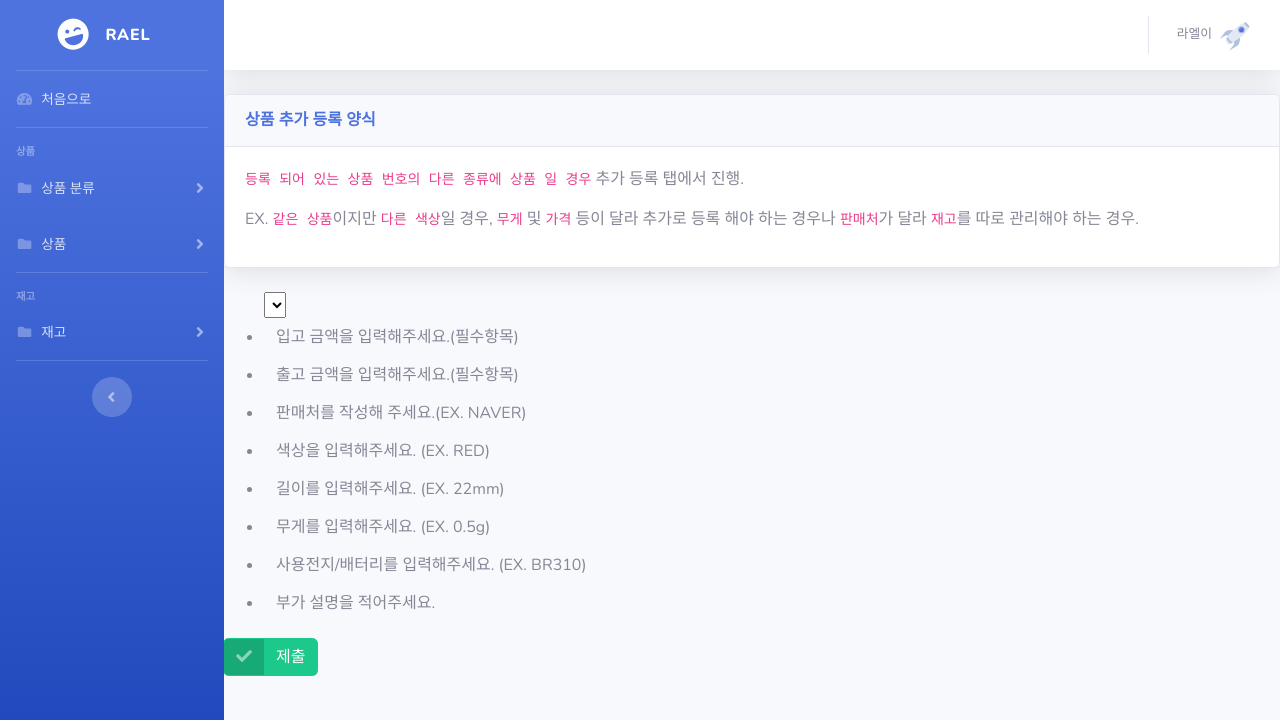
Repository: sww232/springRaelProject
Page: http://localhost/rael/WEB-INF/views/product/product_insert_detail.jsp
An editor plug-in stored every save of this project. The page is shown before and after the next save, followed by the edit.
The browser window is 1280 px wide. The pictures show the whole page.
The page is served by Tomcat 9. Nobody is signed in. Other server files are loaded and not shown. The template is opened directly, without the code that normally fills it, so the values that code supplies are empty.

Above is the page before, as saved 2022-10-06 23:20:38.

### raelproject3/rael/src/main/webapp/WEB-INF/views/product/product_insert_detail.jsp
<%@ page language="java" contentType="text/html; charset=UTF-8" pageEncoding="UTF-8"%>
<%@ taglib uri="http://java.sun.com/jsp/jstl/core" prefix="c" %>
<%@ taglib prefix="sql" uri="http://java.sun.com/jsp/jstl/sql" %>
<%@ taglib prefix="fmt" uri="http://java.sun.com/jsp/jstl/fmt" %>
<!DOCTYPE html>
<html>
<head>
	    <meta name="viewport" content="width=device-width, initial-scale=1, shrink-to-fit=no">
	    <meta name="description" content="">
	    <meta name="author" content="">
	    <meta charset="UTF-8">
			<title>메인</title>

		<link href="/vendor/fontawesome-free/css/all.min.css" rel="stylesheet" type="text/css">
	    <link
	        href="https://fonts.googleapis.com/css?family=Nunito:200,200i,300,300i,400,400i,600,600i,700,700i,800,800i,900,900i"
	        rel="stylesheet">

	    <!-- Custom styles for this template -->
	    <link href="/css/sb-admin-2.min.css" rel="stylesheet">
	    <script src="/vendor/jquery/jquery.min.js"></script>
	    <script src="/vendor/bootstrap/js/bootstrap.bundle.min.js"></script>

	    <!-- Core plugin JavaScript-->
	    <script src="/vendor/jquery-easing/jquery.easing.min.js"></script>

	    <!-- Custom scripts for all pages-->
	    <script src="/js/sb-admin-2.min.js"></script>

	    <!-- Page level plugins -->
	    <script src="/vendor/datatables/jquery.dataTables.min.js"></script>
	    <script src="/vendor/datatables/dataTables.bootstrap4.min.js"></script>

	    <!-- Page level custom scripts -->
	    <script src="/js/demo/datatables-demo.js"></script>

	    <!-- Custom styles for this page -->
	    <link href="/vendor/datatables/dataTables.bootstrap4.min.css" rel="stylesheet">

	</head>
	<body id="page-top">
	<form>
		<div class="modal fade" id="moaModal1" tabindex="-1" role="dialog" aria-labelledby="exampleModalLabel" aria-hidden="true">

			<div class="modal-dialog" role="document">
				<div class="modal-content">
					<div class="modal-header">
						<h5 class="modal-title" id="exampleModalLabel">상품 등록을 위한 카테고리 선택</h5>
						<button class="close" type="button" data-dismiss="modal" aria-label="Close">
							<span aria-hidden="true">x</span>
						</button>
						</div>
						<div class="modal-body">
							<select name="categoryBox1" id="categoryBox1">
								<option value="defaultValue" selected></option>
								<c:forEach var="list" items="${categorynums}">
									<option value="${list}">
										${list}
									</option>
								</c:forEach>
							</select>
						</div>
					<div class="modal-footer">
						<button class="btn btn-primary" type="button" data-dismiss="modal">Cancel</button>
						<button class="btn btn-primary" type="submit" formaction="/product/product_insert">Choice</button>
					</div>
				</div>
			</div>
		</div>
		<div class="modal fade" id="moaModal2" tabindex="-1" role="dialog" aria-labelledby="exampleModalLabel" aria-hidden="true">

			<div class="modal-dialog" role="document">
				<div class="modal-content">
					<div class="modal-header">
						<h5 class="modal-title" id="exampleModalLabel">상품 추가 등록을 위한 카테고리 선택</h5>
						<button class="close" type="button" data-dismiss="modal" aria-label="Close">
							<span aria-hidden="true">x</span>
						</button>
						</div>
						<div class="modal-body">
							<select name="categoryBox2" id="categoryBox2">
								<option value="defaultValue" selected></option>
								<c:forEach var="list" items="${categorynums}">
									<option value="${list}">
										${list}
									</option>
								</c:forEach>
							</select>
						</div>
					<div class="modal-footer">
						<button class="btn btn-primary" type="button" data-dismiss="modal">Cancel</button>
						<button class="btn btn-primary" type="submit" formaction="/product/product_insert_detail">Choice</button>
					</div>
				</div>
			</div>
		</div>
		<div class="modal fade" id="moaModal3" tabindex="-1" role="dialog" aria-labelledby="exampleModalLabel" aria-hidden="true">

			<div class="modal-dialog" role="document">
				<div class="modal-content">
					<div class="modal-header">
						<h5 class="modal-title" id="exampleModalLabel">상품명/상세정보 수정을 위한 카테고리 선택</h5>
						<button class="close" type="button" data-dismiss="modal" aria-label="Close">
							<span aria-hidden="true">x</span>
						</button>
						</div>
						<div class="modal-body">
							<select name="categoryBox3" id="categoryBox3">
								<option value="defaultValue" selected></option>
								<c:forEach var="list" items="${categorynums}">
									<option value="${list}">
										${list}
									</option>
								</c:forEach>
							</select>
						</div>
					<div class="modal-footer">
						<button class="btn btn-primary" type="button" data-dismiss="modal">Cancel</button>
						<button class="btn btn-primary" type="submit" formaction="/product/product_update">Choice</button>
					</div>
				</div>
			</div>
		</div>
	</form>
	<div id="wrapper">
		 <ul class="navbar-nav bg-gradient-primary sidebar sidebar-dark accordion" id="accordionSidebar">

            <!-- Sidebar - Brand -->
            <a class="sidebar-brand d-flex align-items-center justify-content-center" href="/">
                <div class="sidebar-brand-icon rotate-n-15">
                    <i class="fas fa-laugh-wink"></i>
                </div>
                <div class="sidebar-brand-text mx-3">RAEL</div>
            </a>

            <!-- Divider -->
            <hr class="sidebar-divider my-0">

            <!-- Nav Item - Dashboard -->
            <li class="nav-item">
                <a class="nav-link" href="/">
                    <i class="fas fa-fw fa-tachometer-alt"></i>
                    <span>처음으로</span></a>
            </li>

            <!-- Divider -->
            <hr class="sidebar-divider">

            <!-- Heading -->
            <div class="sidebar-heading">
                상품
            </div>

            <!-- Nav Item - Pages Collapse Menu -->
            <li class="nav-item">
                <a class="nav-link collapsed" href="#" data-toggle="collapse" data-target="#collapseTwo"
                    aria-expanded="true" aria-controls="collapseTwo">
                    <i class="fas fa-fw fa-folder"></i>
                    <span>상품 분류</span>
                </a>
                <div id="collapseTwo" class="collapse" aria-labelledby="headingTwo" data-parent="#accordionSidebar">
                    <div class="bg-white py-2 collapse-inner rounded">
                        <h6 class="collapse-header">상풍 분류 탭</h6>
                        <a class="collapse-item" href="/product/category_select?page=1&recordSize=10&pageSize=10">상품 분류 조회</a>
                        <a class="collapse-item" href="/product/category_insert?insertresult=0">상품 분류 등록</a>
                        <a class="collapse-item" href="/product/category_update">상품 분류 수정</a>
                    </div>
                </div>
            </li>

            <!-- Nav Item - Utilities Collapse Menu -->
            <li class="nav-item">
                <a class="nav-link collapsed" href="#" data-toggle="collapse" data-target="#collapseUtilities"
                    aria-expanded="true" aria-controls="collapseUtilities">
                    <i class="fas fa-fw fa-folder"></i>
                    <span>상품</span>
                </a>
                <div id="collapseUtilities" class="collapse" aria-labelledby="headingUtilities"
                    data-parent="#accordionSidebar">
                    <div class="bg-white py-2 collapse-inner rounded">
                        <h6 class="collapse-header">상품 탭</h6>
                        <a class="collapse-item" href="/product/all_select?page=1&recordSize=10&pageSize=10">상품 조회</a>
                        <a class="collapse-item" href="#" data-toggle="modal" data-target="#moaModal1">
							<i class="fas fa-arrow-right"></i>상품 등록
						</a>
						<a class="collapse-item" href="#" data-toggle="modal" data-target="#moaModal2">
							<i class="fas fa-arrow-right"></i>상품 추가 등록
						</a>
						<a class="collapse-item" href="#" data-toggle="modal" data-target="#moaModal3">
							<i class="fas fa-arrow-right"></i>상품명/상세정보 수정
						</a>
                    </div>
                </div>
            </li>

            <!-- Divider -->
            <hr class="sidebar-divider">

            <!-- Heading -->
            <div class="sidebar-heading">
                재고
            </div>

            <!-- Nav Item - Pages Collapse Menu -->
            <li class="nav-item">
                <a class="nav-link collapsed" href="#" data-toggle="collapse" data-target="#collapsePages"
                    aria-expanded="true" aria-controls="collapsePages">
                    <i class="fas fa-fw fa-folder"></i>
                    <span>재고</span>
                </a>
                <div id="collapsePages" class="collapse" aria-labelledby="headingPages" data-parent="#accordionSidebar">
                    <div class="bg-white py-2 collapse-inner rounded">
                        <h6 class="collapse-header">재고</h6>
                        <a class="collapse-item" href="/stock/stock_select?page=1&recordSize=10&pageSize=10">재고 조회 및 입/출고</a>
                        <div class="collapse-divider"></div>
                        <h6 class="collapse-header">재고 입/출고</h6>
                        <a class="collapse-item" href="/stock/stock_history?page=1&recordSize=10&pageSize=10">내역</a>
                        <a class="collapse-item" href="/stock/stock_history_cancel?page=1&recordSize=10&pageSize=10">취소</a>
                    </div>
                </div>
            </li>

            <!-- Divider -->
            <hr class="sidebar-divider d-none d-md-block">

            <!-- Sidebar Toggler (Sidebar) -->
            <div class="text-center d-none d-md-inline">
                <button class="rounded-circle border-0" id="sidebarToggle"></button>
            </div>

        </ul>

        <!-- End of Sidebar -->

        <!-- Content Wrapper -->
        <div id="content-wrapper" class="d-flex flex-column">

            <!-- Main Content -->
            <div id="content">

                <!-- Topbar -->
                <nav class="navbar navbar-expand navbar-light bg-white topbar mb-4 static-top shadow">

                    <!-- Sidebar Toggle (Topbar) -->
                    <form class="form-inline">
                        <button id="sidebarToggleTop" class="btn btn-link d-md-none rounded-circle mr-3">
                            <i class="fa fa-bars"></i>
                        </button>
                    </form>

                    <!-- Topbar Search
                    <form
                        class="d-none d-sm-inline-block form-inline mr-auto ml-md-3 my-2 my-md-0 mw-100 navbar-search">
                        <div class="input-group">
                            <input type="text" class="form-control bg-light border-0 small" placeholder="Search for..."
                                aria-label="Search" aria-describedby="basic-addon2">
                            <div class="input-group-append">
                                <button class="btn btn-primary" type="button">
                                    <i class="fas fa-search fa-sm"></i>
                                </button>
                            </div>
                        </div>
                    </form>
					-->
                    <!-- Topbar Navbar -->
                    <ul class="navbar-nav ml-auto">

                        <!-- Nav Item - Search Dropdown (Visible Only XS) -->
                        <li class="nav-item dropdown no-arrow d-sm-none">
                            <a class="nav-link dropdown-toggle" href="#" id="searchDropdown" role="button"
                                data-toggle="dropdown" aria-haspopup="true" aria-expanded="false">
                                <i class="fas fa-search fa-fw"></i>
                            </a>
                            <!-- Dropdown - Messages -->
                            <div class="dropdown-menu dropdown-menu-right p-3 shadow animated--grow-in"
                                aria-labelledby="searchDropdown">
                                <form class="form-inline mr-auto w-100 navbar-search">
                                    <div class="input-group">
                                        <input type="text" class="form-control bg-light border-0 small"
                                            placeholder="Search for..." aria-label="Search"
                                            aria-describedby="basic-addon2">
                                        <div class="input-group-append">
                                            <button class="btn btn-primary" type="button">
                                                <i class="fas fa-search fa-sm"></i>
                                            </button>
                                        </div>
                                    </div>
                                </form>
                            </div>
                        </li>
                        <div class="topbar-divider d-none d-sm-block"></div>

                        <!-- Nav Item - User Information -->
                        <li class="nav-item dropdown no-arrow">
                            <a class="nav-link dropdown-toggle" href="#" id="userDropdown" role="button"
                                data-toggle="dropdown" aria-haspopup="true" aria-expanded="false">
                                <span class="mr-2 d-none d-lg-inline text-gray-600 small">라엘이</span>
                                <img class="img-profile rounded-circle"
                                    src="img/undraw_rocket.svg">
                            </a>
                            <!-- Dropdown - User Information -->
                            <div class="dropdown-menu dropdown-menu-right shadow animated--grow-in"
                                aria-labelledby="userDropdown">
                                <div class="dropdown-divider"></div>
                                <a class="dropdown-item" href="#" data-toggle="modal" data-target="#logoutModal">
                                    <i class="fas fa-sign-out-alt fa-sm fa-fw mr-2 text-gray-400"></i>
                                    Logout
                                </a>
                            </div>
                        </li>

                    </ul>

                </nav>
    	<!-- End of Topbar -->
    		<div class="card shadow mb-4">
				<div class="card-header py-3 d-flex flex-row align-items-center justify-content-between">
					<h6 class="m-0 font-weight-bold text-primary">상품 추가 등록 양식</h6>
				</div>
				<div class="card-body">
					<p>
						<code>등록 되어 있는 상품 번호의 다른 종류에 상품 일 경우</code> 추가 등록 탭에서 진행.
					</p>
					<p>
						EX. <code>같은 상품</code>이지만 <code>다른 색상</code>일 경우, <code>무게</code> 및
						<code>가격</code> 등이 달라 추가로 등록 해야 하는 경우나 <code>판매처</code>가 달라 <code>재고</code>를 따로 관리해야 하는 경우.
					</p>
				</div>
			</div>
			<form method="POST" action="/product/product_insert_detail/INSERT">
				<ul>
						<div class="input-group">
							<select name="productBox" id="productBox">
								<option value="defaultValue" selected></option>
								<c:forEach var="list" items="${productdatas}">
									<option value="${list}">
										${list}
									</option>
								</c:forEach>
							</select>
						</div>
					<li>
						<div class="input-group">
							<input type="number" class="form-control bg-light border-0 small"name="product inbound price" placeholder="입고 금액을 입력해주세요.(필수항목)">
						</div>
					</li>
					<li>
						<div class="input-group">
							<input type="number" class="form-control bg-light border-0 small"name="product outbound price" placeholder="출고 금액을 입력해주세요.(필수항목)">
						</div>
					</li>
					<li>
						<div class="input-group">
							<input type="text" class="form-control bg-light border-0 small" value=""name="product vendor" placeholder="판매처를 작성해 주세요.(EX. NAVER)">
						</div>
					</li>
					<li>
						<div class="input-group">
							<input type="text" class="form-control bg-light border-0 small"value="" name="product vendor" placeholder="색상을 입력해주세요. (EX. RED)">
						</div>
					</li>
					<li>
						<div class="input-group">
							<input type="text" class="form-control bg-light border-0 small" value=""name="product length" placeholder="길이를 입력해주세요. (EX. 22mm)">
						</div>
					</li>
					<li>
						<div class="input-group">
							<input type="text" class="form-control bg-light border-0 small"value="" name="product weight" placeholder="무게를 입력해주세요. (EX. 0.5g)">
						</div>
					</li>
					<li>
						<div class="input-group">
							<input type="text" class="form-control bg-light border-0 small" value="" name="product battery" placeholder="사용전지/배터리를 입력해주세요. (EX. BR310)">
						</div>
					</li>
					<li>
						<div class="input-group">
							<input type="text" class="form-control bg-light border-0 small" value="" name="product description" placeholder="부가 설명을 적어주세요.">
						</div>
					</li>

				</ul>
				<div class="input-group-append">
					<button type="submit" class="btn btn-success btn-icon-split">
						<span class="icon text-white-50">
							<i class="fas fa-check"></i>
						</span>
						<span class="text">제출</span>
					</button>
				</div>
			</form>
    	</div>
	</div>
	<c:if test="${insertresult == 1}">
		<script type="text/javascript">
			alert("성공적으로 등록 하였습니다.");
		</script>
		<c:out value='성공적으로 등록 하였습니다.'>성공</c:out>
	</c:if>
</body>
</html>

### raelproject3/rael/src/main/resources/static/img/undraw_rocket.svg
<?xml version="1.0" encoding="utf-8"?>
<!-- Generator: Adobe Illustrator 25.0.0, SVG Export Plug-In . SVG Version: 6.00 Build 0)  -->
<svg version="1.1" id="b759170a-51c3-4e2f-999d-77dec9fd6d11"
	 xmlns="http://www.w3.org/2000/svg" xmlns:xlink="http://www.w3.org/1999/xlink" x="0px" y="0px" viewBox="0 0 650.9 610.5"
	 style="enable-background:new 0 0 650.9 610.5;" xml:space="preserve">
<style type="text/css">
	.st0{fill:#AFC0E0;}
	.st1{opacity:0.2;fill:#FFFFFF;enable-background:new    ;}
	.st2{opacity:0.1;enable-background:new    ;}
	.st3{fill:#E3E8F4;}
	.st4{fill:#4E73DF;}
</style>
<path class="st0" d="M174,321c-2-1.6-4.2-3-6.6-4.2c-51.8-26.2-157,67.8-157,67.8L0,372.7c0,0,42.1-43.8,92.4-117.3
	c45.2-66.1,150.7-51.8,171.4-48.3c2.3,0.4,3.6,0.7,3.6,0.7C298.7,288.3,174,321,174,321z"/>
<path class="st1" d="M269.4,213.9c-0.6-2-1.3-4-2-6c0,0-1.2-0.2-3.6-0.7c-20.7-3.5-126.2-17.8-171.4,48.3C42.1,329,0,372.7,0,372.7
	l5.9,6.7c0,0,42.1-43.8,92.4-117.3C143.3,196.3,248,210.2,269.4,213.9z"/>
<path class="st0" d="M337.7,533.4c-79.2,40.8-127.8,77.1-127.8,77.1l-10.5-11.9c0,0,111.1-96.8,85.3-150.9c-0.5-1.2-1.2-2.3-1.9-3.4
	c0,0,47.9-119.6,123.9-78.5c0,0,0.1,1,0.2,2.9C407.8,387.8,409.7,496.3,337.7,533.4z"/>
<path class="st2" d="M174,321c-2-1.6-4.2-3-6.6-4.2c29.3-38.9,61.5-75.5,96.3-109.7c2.3,0.4,3.6,0.7,3.6,0.7
	C298.7,288.3,174,321,174,321z"/>
<path class="st2" d="M406.9,368.6c-38.6,29.6-79.4,56.1-122.3,79.1c-0.5-1.2-1.2-2.3-1.9-3.4c0,0,47.9-119.6,123.9-78.5
	C406.7,365.7,406.8,366.7,406.9,368.6z"/>
<path class="st3" d="M263.6,455.5c-20.3,10.4-41.6,20.5-64,30.2c-33.6,14.6-51.5-2.2-80.7-91.5c0,0,12.5-22.5,37.2-57
	c54.3-75.8,167.5-209.1,336.1-286.7C542.7,27.1,596.1,10.1,650.9,0c0,0-9.1,68.8-62,160.1S439.1,365.3,263.6,455.5z"/>
<circle class="st0" cx="435.6" cy="199.7" r="71.6"/>
<path class="st4" d="M469.2,237.9c-21,18.6-53.1,16.6-71.7-4.5c-7.8-8.8-12.2-20-12.7-31.8c-0.2-4.7,0.3-9.4,1.4-14
	c0.5-2,1.1-4.1,1.9-6c2.9-7.7,7.7-14.5,13.8-19.9c0.3-0.3,0.6-0.5,0.9-0.8c17.1-14.4,41.5-15.9,60.3-3.8c3.5,2.3,6.7,4.9,9.5,7.9
	l1,1.1C492.2,187.2,490.2,219.3,469.2,237.9C469.2,237.8,469.2,237.9,469.2,237.9z"/>
<path class="st0" d="M588.9,160.1c-83-35.2-96.8-109.6-96.8-109.6C542.7,27,596.1,10.1,650.9,0C650.9,0,641.8,68.8,588.9,160.1z"/>
<path class="st0" d="M263.6,455.5c-13.7,7.1-27.9,13.9-42.6,20.7c-7,3.2-14.1,6.4-21.4,9.5c-10.9,4.7-51.5-2.2-80.7-91.5
	c0,0,4.1-7.3,12.1-20c6.1-9.6,14.5-22.2,25.1-37c0,0,11,33.2,41.1,67.3C215.8,425.7,238.4,443,263.6,455.5z"/>
<path class="st3" d="M221,476.2c-7,3.2-14.1,6.4-21.4,9.5c-10.9,4.7-51.5-2.2-80.7-91.5c0,0,4.1-7.3,12.1-20
	C131,374.2,170.2,456.9,221,476.2z"/>
<path class="st1" d="M463.2,157l-0.1,0l-60.1,3.9c-0.3,0.3-0.6,0.5-0.9,0.8c-6.2,5.4-10.9,12.3-13.8,19.9l84.5-16.6L463.2,157z"/>
<path class="st1" d="M438.8,194.3l-53.9,7.3c-0.2-4.7,0.3-9.4,1.4-14l52.8,1.4L438.8,194.3z"/>
<path class="st1" d="M131.7,408.7c0,0,12.5-22.5,37.2-57C223.2,276,336.4,142.7,504.9,65c45.6-21.1,93.3-36.9,142.5-47.3
	C650.1,6.4,650.9,0,650.9,0c-54.8,10.1-108.2,27-158.7,50.5c-168.6,77.7-281.8,211-336.1,286.7c-24.7,34.4-37.2,57-37.2,57
	c11.5,35.3,26.6,57,40.5,70.3C149.4,451.4,139.7,433.3,131.7,408.7z"/>
</svg>

Loaded but not shown: raelproject3/rael/src/main/resources/static/css/sb-admin-2.min.css (library); raelproject3/rael/src/main/resources/static/js/sb-admin-2.min.js (common file); raelproject3/rael/src/main/resources/static/js/demo/datatables-demo.js (common file)

After the next save:
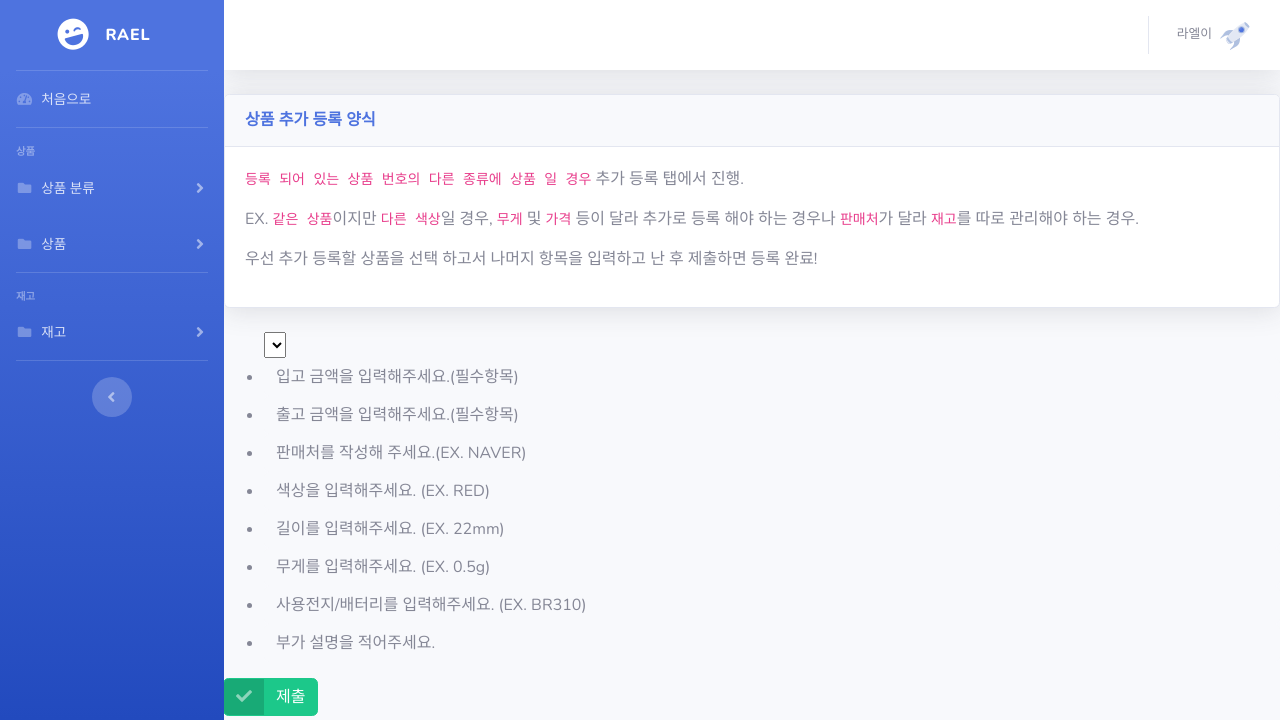
Saved 51 s later.
--- a/raelproject3/rael/src/main/webapp/WEB-INF/views/product/product_insert_detail.jsp
+++ b/raelproject3/rael/src/main/webapp/WEB-INF/views/product/product_insert_detail.jsp
@@ -325,6 +325,9 @@
 						EX. <code>같은 상품</code>이지만 <code>다른 색상</code>일 경우, <code>무게</code> 및
 						<code>가격</code> 등이 달라 추가로 등록 해야 하는 경우나 <code>판매처</code>가 달라 <code>재고</code>를 따로 관리해야 하는 경우.
 					</p>
+					<p>
+						우선 추가 등록할 상품을 선택 하고서 나머지 항목을 입력하고 난 후 제출하면 등록 완료!
+					</p>
 				</div>
 			</div>
 			<form method="POST" action="/product/product_insert_detail/INSERT">
